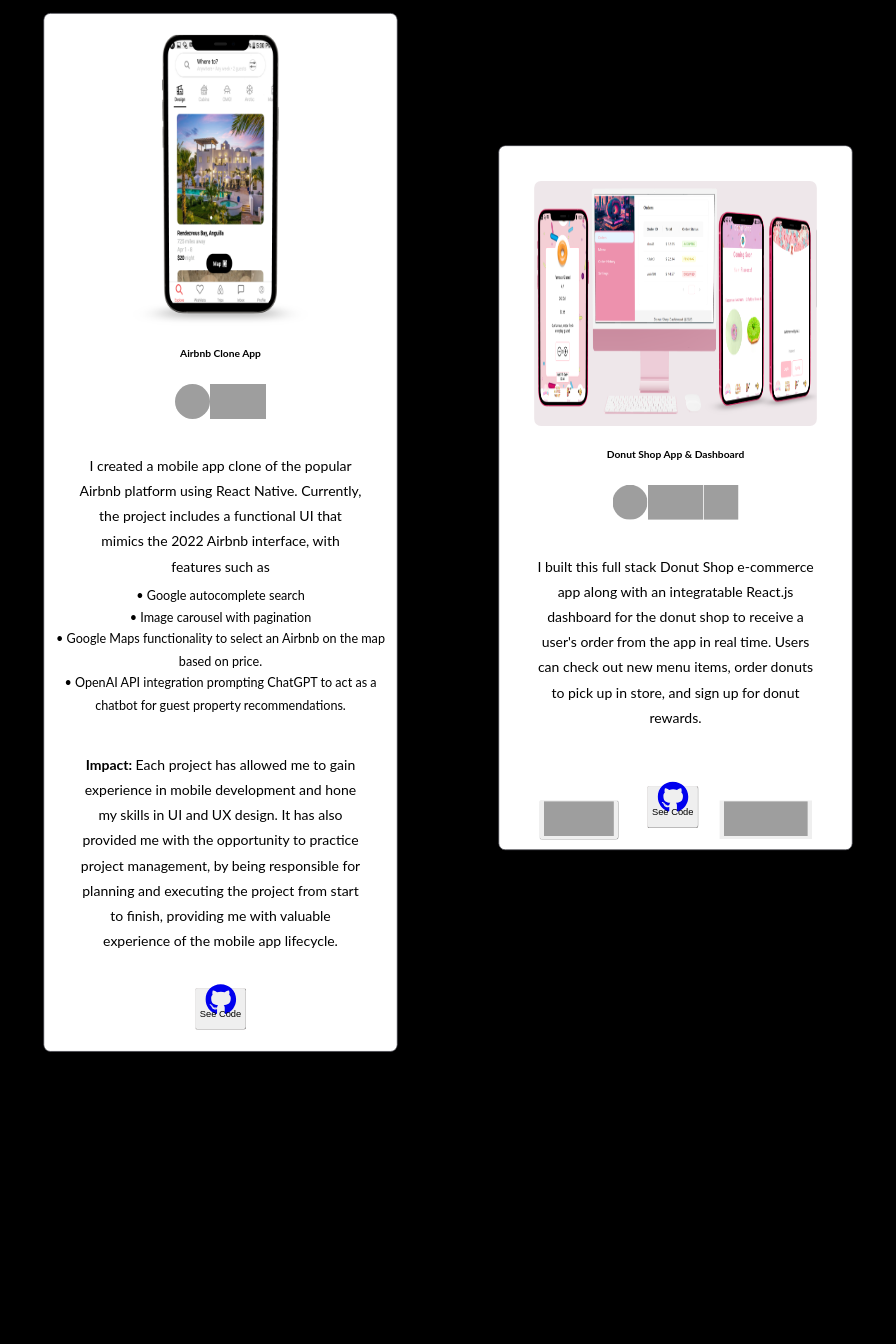
Repository: JamesPesenti/portfolio
Page: /
These files come from the project's save history. The page is drawn as it stood at one moment and after the next save; the edit follows.
The browser window is 1280 px wide. The pictures show the part of the page from y = 1722 to 3642 px (the page is 6929 px tall), at 70% of full size.
Pictures or frames that could not be fetched are drawn as grey boxes. The project was rebuilt for these pictures with package versions that can differ from the ones it lists, and the page was loaded fresh each time. Imported but missing from the stored project, and not drawn on this page: src/Components/James Pesenti Resume 2023.pdf.

Above is the page before, as saved 2023-08-28 14:44:19.

After the next save:
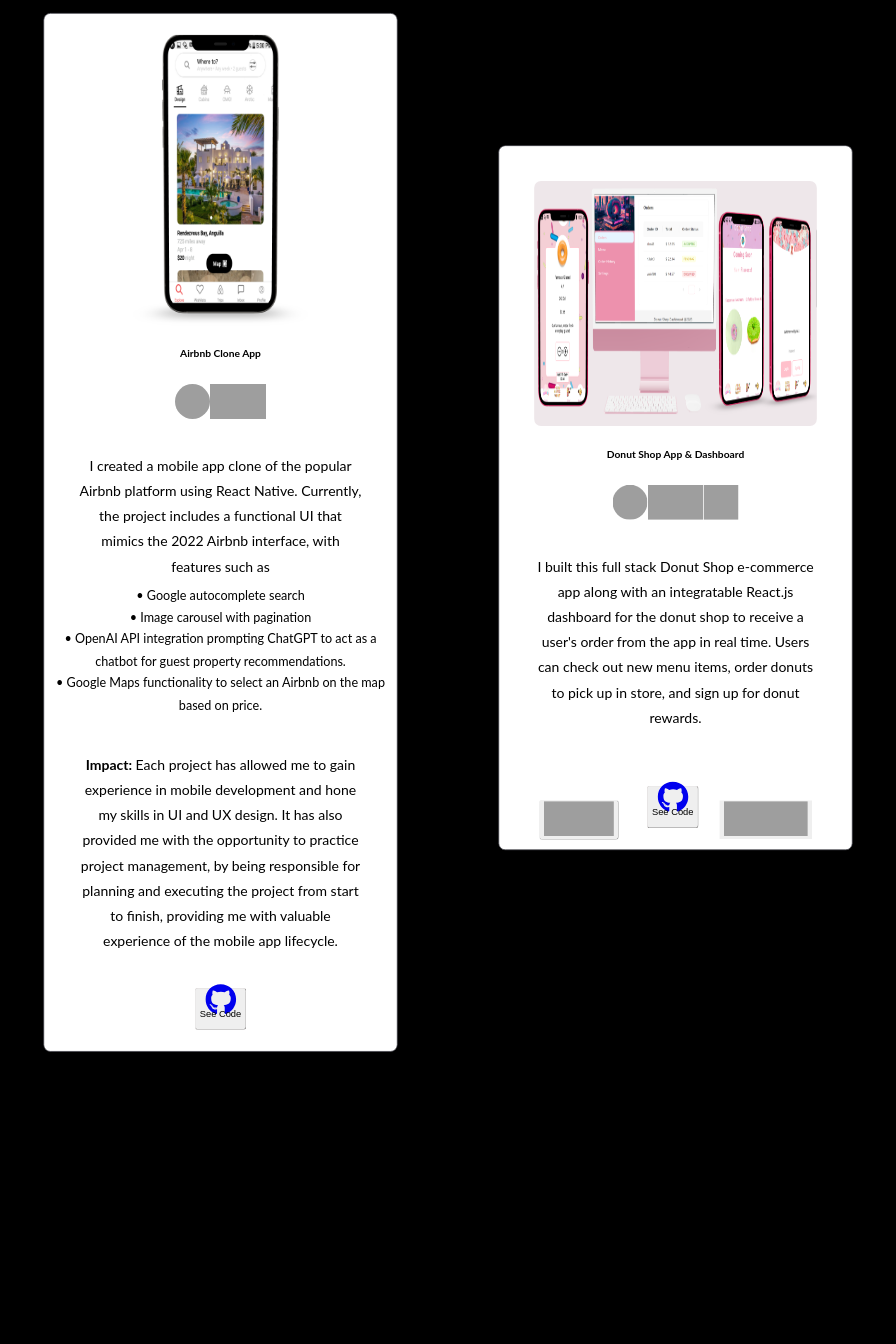
Saved 93 s later.
--- a/src/Components/MyProjects.jsx
+++ b/src/Components/MyProjects.jsx
@@ -26,8 +26,8 @@
             <p style={{fontSize: 20, textAlign: 'center', padding: 50, marginBottom: -60}}>I created a mobile app clone of the popular Airbnb platform using React Native. Currently, the project includes a functional UI that mimics the 2022 Airbnb interface, with features such as</p>
             <p style={{fontSize: 18, padding: 0, marginBottom: -20}}>&#8226; Google autocomplete search</p>
             <p style={{fontSize: 18, padding: 0, marginBottom: -20}}>&#8226; Image carousel with pagination</p>
+            <p style={{fontSize: 18, paddingHorizontal: 0, marginBottom: -20}}> &#8226; OpenAI API integration prompting ChatGPT to act as a chatbot for guest property recommendations.</p>
             <p style={{fontSize: 18, paddingHorizontal: 20, marginBottom: -20}}> &#8226; Google Maps functionality to select an Airbnb on the map based on price.</p>
-            <p style={{fontSize: 18, paddingHorizontal: 0, marginBottom: -20}}> &#8226; OpenAI API integration prompting ChatGPT to act as a chatbot for guest property recommendations.</p>
 
             {/* <p style={{fontSize: 20, textAlign: 'center', padding: 40, marginBottom: -60}}>I plan to add additional features and integrate back end functionality in future updates to enhance the user experience and provide a more comprehensive product.</p> */}
             {/* <p style={{fontSize: 20, textAlign: 'center', padding: 30, marginBottom: -80}}><b> Key Skills I learned: </b>React Native, UI design, Google Play and App Store submission process, mobile development, UX design, project management.</p> */}
